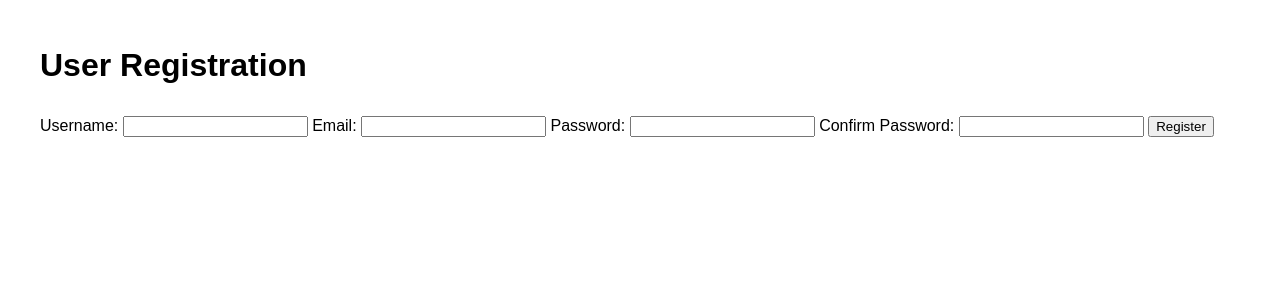
Repository: margo-m-chen/group_project
Page: user_registration.html
The author's editor kept a copy of each file at every save. The page is drawn from the files as they stood at one save, then again after the next save.
The browser window is 1280 px wide. The pictures show the whole page.

Above is the page before, as saved 2025-07-21 15:05:09.

After the next save:
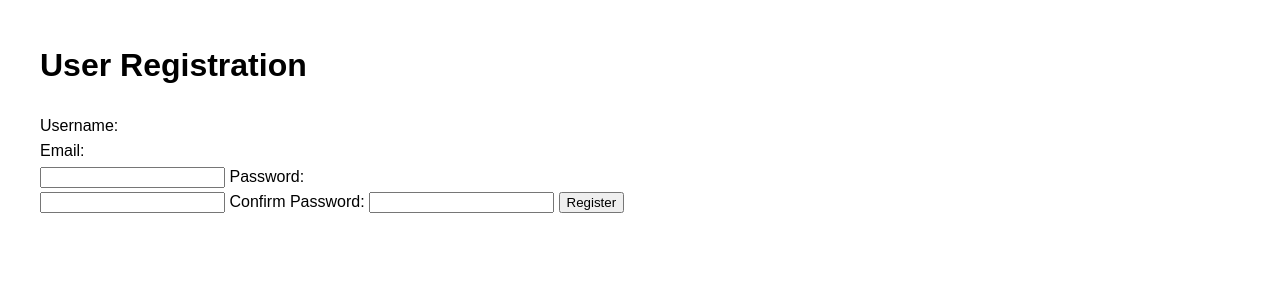
Saved 39 s later.
--- a/user_registration.html
+++ b/user_registration.html
@@ -23,15 +23,14 @@
 <body>
     <h1>User Registration</h1>
     <form id="regForm" action="register.form" method="POST" onsubmit="return validateForm()">
-        <label for="username">Username:</label>
-        <input type="text" id="username" name="username" required>
+        <label for="username">Username:</label><br <input type="text" id="username" name="username" required>
 
 
-        <label for="email">Email:</label>
+        <label for="email">Email:</label><br>
         <input type="email" id="email" name="email" required>
 
 
-        <label for="password">Password:</label>
+        <label for="password">Password:</label><br>
         <input type="password" id="password" name="password" required>
         <div class="error-message" id="password-error"></div>
 
